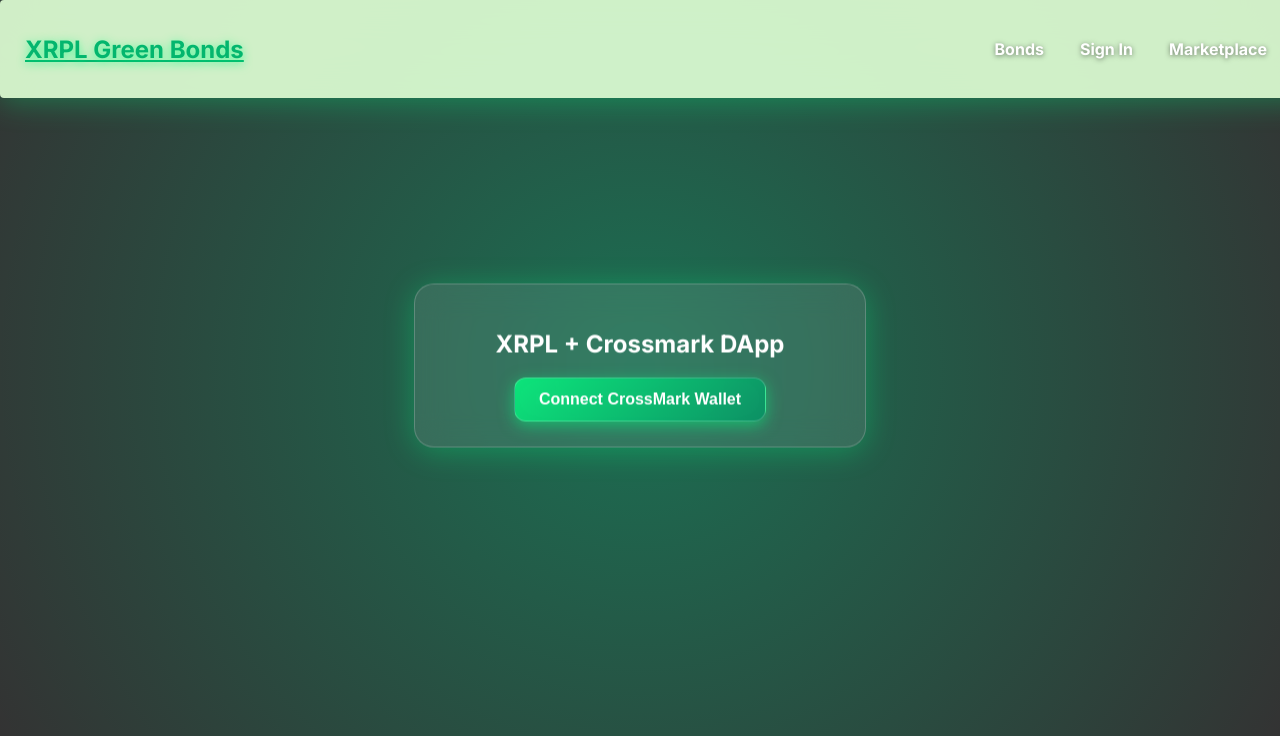
Repository: pbryzek/hackathon-xrpl
Page: / (app in frontend/)
These files come from the project's save history. The page is drawn as it stood at one moment and after the next save; the edit follows.
The browser window is 1280 px wide. The pictures show the whole page.
The page's requests for data from a server got no answer. The project was rebuilt for these pictures with package versions that can differ from the ones it lists, and the page was loaded fresh each time. No one was signed in, and anything a server would have sent is missing. Also part of the build but not shown: frontend/vite.config.ts, frontend/src/services/bondService.ts, frontend/src/pages/BondSelection.tsx, frontend/src/lib/utils.ts, frontend/src/components/ui/button.tsx, frontend/src/components/ui/input.tsx, frontend/src/components/ui/label.tsx, frontend/src/components/ui/tabs.tsx and 15 more.

Above is the page before, as saved 2025-03-15 11:57:42.

After the next save:
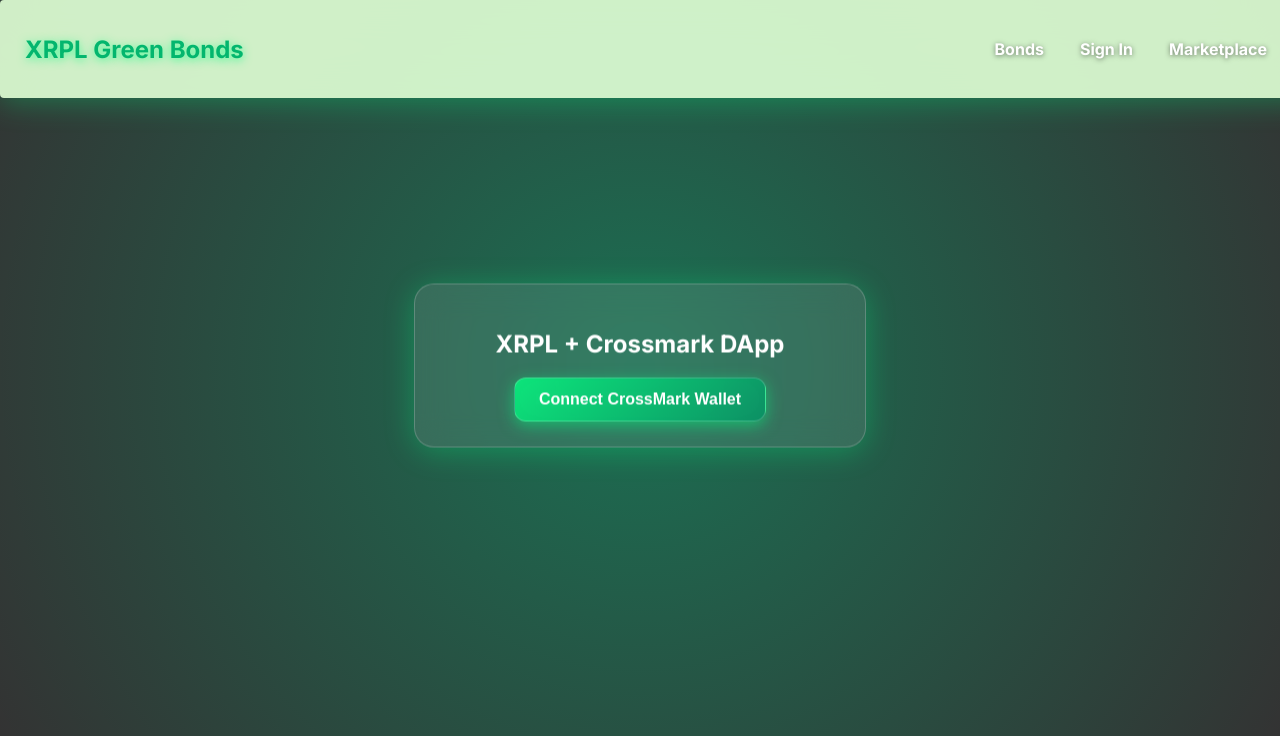
Saved 18 s later.
--- a/frontend/src/index1.css
+++ b/frontend/src/index1.css
@@ -6,6 +6,11 @@
   0% { transform: translateY(0px); }
   50% { transform: translateY(-10px); }
   100% { transform: translateY(0px); }
+}
+
+/* ✅ Global Removal of Underline */
+a {
+  text-decoration: none !important;
 }
 
 /* ✅ Global Styles */
